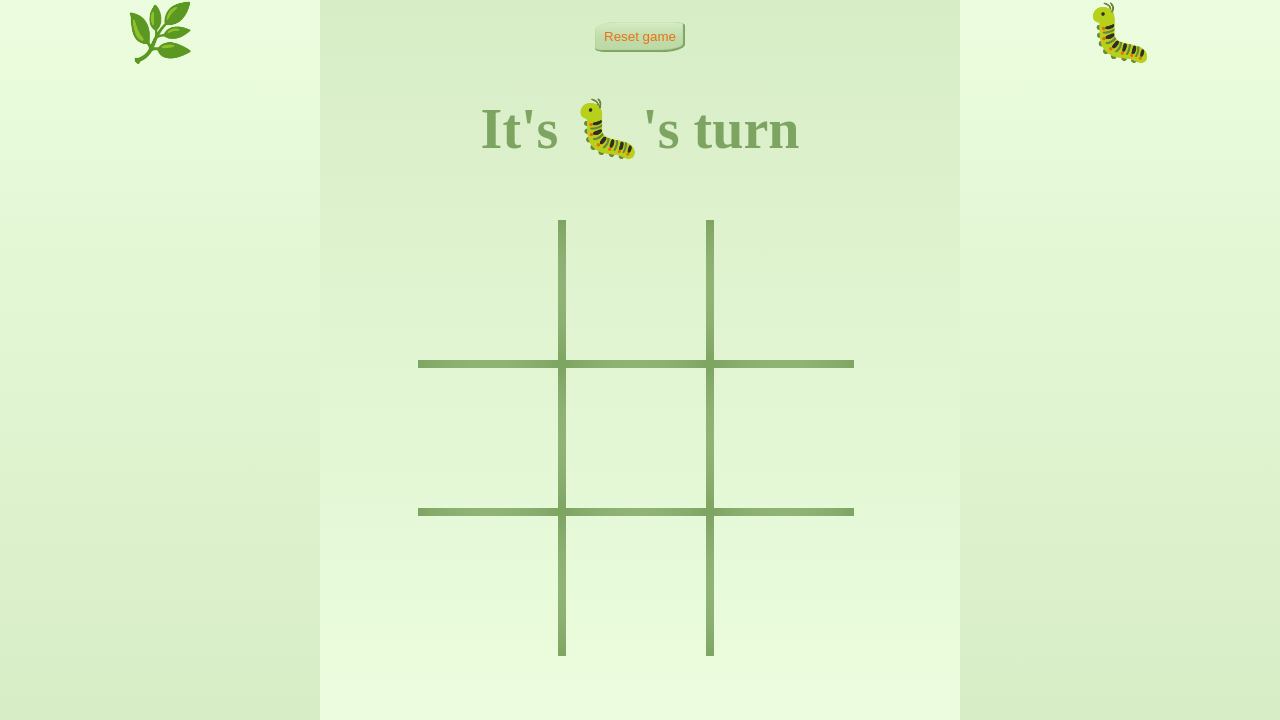
Repository: AsherSpurr/tic-tac-toe
Page: index.html
An editor plug-in stored every save of this project. The page is shown before and after a run of saves, followed by the edit.
The browser window is 1280 px wide. The pictures show the whole page.
Some web fonts or font styles are not loaded; a fallback is used.

Above is the page before, as saved 2024-01-13 18:32:10.

### index.html
<!DOCTYPE html>
<html lang="en">
<head>
    <meta charset="UTF-8">
    <meta name="viewport" content="width=device-width, initial-scale=1.0">
    <link rel="stylesheet" type="text/css" href="styles.css">
    <link rel="preconnect" href="https://fonts.googleapis.com">
    <link rel="preconnect" href="https://fonts.gstatic.com" crossorigin>
    <link href="https://fonts.googleapis.com/css2?family=Bad+Script&family=Poppins:wght@300&display=swap" rel="stylesheet">
    <title>Two player tic tac toe</title>
</head>
<body">
    <section class="column" id="left-column">
        <article class="player-box" id="player1">
            <h3 class="player" id="player1-icon">🌿</h3>
            <h4 class="wins" id="player1-wins"></h4>
        </article>
    </section>
    <section class="game-play">
        <div class="reset-container">
            <button class="reset-button">Reset game</button>
        </div>
        <h1 class="welcome-message">✨Tic Tac Toe✨</h1>
        <h2 class="turns hidden">It's 🐛's turn</h2>
        <section class="gameboard-container">
            <div class="cell" id="cell1"></div>
            <div class="cell" id="cell2"></div>
            <div class="cell" id="cell3"></div>
            <div class="cell" id="cell4"></div>
            <div class="cell" id="cell5"></div>
            <div class="cell" id="cell6"></div>
            <div class="cell" id="cell7"></div>
            <div class="cell" id="cell8"></div>
            <div class="cell" id="cell9"></div>
        </section>
    </section>
    <section class="column" id="right-column">
        <article class="player-box" id="player2">
            <h3 class="player" id="player2-icon">🐛</h3>
            <h4 class="wins" id="player2-wins"></h4>
        </article>
    </section>
</body>
    <script type="text/javascript" src="main.js"></script>
</html>

### styles.css
body {
    height: 100%;
    width: 100%;
    margin: 0;
    font-family: 'Bad Script';
    color: #7ea462;
}

.column {
    background-image: linear-gradient(#ebfdde, #d7edc6);
    height: 100vh;
    width: 25vw;
}

#left-column {
    float: left;
}

#right-column {
    float: right;
}

.game-play {
    background-image: linear-gradient(#d7edc6, #ebfdde);
    height: 100vh;
    width: 50vw;
    float: inline-start;
    display: flex;
    align-items: center;
    flex-direction: column;
    justify-content: space-around;
}

.gameboard-container {
    display: flex;
    flex-wrap: wrap;
    width: 444px;
    height: 366px;
    margin-bottom: 8em;
}

.cell {
    display: flex;
    justify-content: center;
    align-items: center;
    background-color: transparent;
    border-style: solid;
    border-width: 4px;
    border-image: radial-gradient(#bad8a4, #7ea462) 1;
    height: 140px;
    width: 140px;
    font-size: 80px;
}

.player-box {
    display: flex;
    align-items: center;
    flex-direction: column;
    margin: 0;
}

.player {
    font-size: 350%;
    margin: 0;
    margin-bottom: -.70em;
}

.wins {
    font-size: 320%;
    margin: 0;
}

.welcome-message,
.turns {
    font-size: 350%;
    max-height: 20vh;
    margin-top: 5%;
}

.reset-container {
    display: flex;
    align-items: end;
    margin-top: 1em;

}

.reset-button {
    color: #ed7014;
    height: 30px;
    width: 90px;
    border-radius: 25% 10%;
    border: 1px transparent;
    background-image: linear-gradient(0deg, #bad8a4, 70%, #d7edc6);
    box-shadow: inset -1px -1px 1px 1px #7ea462;
}

.cell:nth-child(1) {
    border-top: transparent;
    border-left: transparent;
}


.cell:nth-child(2) {
    border-top: transparent;
}


.cell:nth-child(3) {
    border-top: transparent;
    border-right: transparent;
}


.cell:nth-child(4) {
    border-left: transparent;
}


.cell:nth-child(6) {
    border-right: transparent;
}


.cell:nth-child(7) {
    border-left: transparent;
    border-bottom: transparent;
}


.cell:nth-child(8) {
    border-bottom: transparent;
}


.cell:nth-child(9) {
    border-bottom: transparent;
    border-right: transparent;
}


.hidden {
    display: none;
}

### main.js
var players = [
    {
        name: 'player1',
        icon: '🌿',
        isTurn: false,
        hasWon: false,
        plays: [],
        wins: 0
    },
    {
        name: 'player2',
        icon: '🐛',
        isTurn: true,
        hasWon: false,
        plays: [],
        wins: 0
    }
]

var winningCombos = [
    ['cell1', 'cell2', 'cell3'],
    ['cell4', 'cell5', 'cell6'],
    ['cell7', 'cell8', 'cell9'],
    ['cell1', 'cell4', 'cell7'],
    ['cell2', 'cell5', 'cell8'],
    ['cell3', 'cell6', 'cell9'],
    ['cell1', 'cell5', 'cell9'],
    ['cell3', 'cell5', 'cell7'],
]

var welcomeMessage = document.querySelector('.welcome-message')
var turns = document.querySelector('.turns')
var gameBoard = document.querySelector('.gameboard-container')
var winsPlayer1 = document.getElementById('player1-wins')
var winsPlayer2 = document.getElementById('player2-wins')

window.addEventListener('load', storeWinsLocally)

gameBoard.addEventListener('click', (event) => {
    checkforPlay(event)
});

// renderZeroWins()
// function renderZeroWins() {
//     winsPlayer1.innerText = `${players[0].wins} wins`
//     winsPlayer2.innerText = `${players[1].wins} wins`
// }

setTimeout(replaceDisplayMessage, 1500)

function replaceDisplayMessage() {
    turns.classList.remove('hidden')
    welcomeMessage.classList.add('hidden')
}

function checkforPlay(event) {
    var event = event.target.closest('div')
    for (var i = 0; i < players.length; i++) {
        if (players[0].hasWon === true || players[1].hasWon === true) {
            break
        }
        if (players[i].isTurn === true && event.innerText === '') {
            renderCellIcon(event, players[i])
            trackPlay(event, players[i])
            changeTurn()
            trackWins(players[i])
        }
    }
}

function renderCellIcon(event, player) {
    event.innerText = `${player.icon}`
}

function trackPlay(event, player) {
    player.plays.push(event.id)
}

function changeTurn() {
    for (var i = 0; i < players.length; i++) {
        players[i].isTurn = !players[i].isTurn
        renderTurnIcon()
    }
}

function renderTurnIcon() {
    for (var i = 0; i < players.length; i++) {
        if (players[i].isTurn === true) {
            turns.innerText = `It's ${players[i].icon}'s turn`
        }
    }
}

function trackWins(player) {
    for (var i = 0; i < winningCombos.length; i++) {
        counter = 0;
        for (var j = 0; j < player.plays.length; j++) {
            if (winningCombos[i].includes(player.plays[j])) {
                counter++
            }
            if (counter === 3) {
                player.hasWon = true
                console.log(`line 102: ${player.wins}`)
                player.wins++
                // storeWinsLocally(player)
                renderWinner(player)
                renderWins(player)
                setTimeout(reloadGameboard, 1500)
            }
        }
    }
    isDraw(player)
}

function storeWinsLocally() {
    for(var i = 0; i < players.length; i++) {
        if(players[i].name === 'player1') {
            localStorage.setItem('win0', players[i].wins)
        }
        else {
            localStorage.setItem('wins1', players[i].wins)
        }
    }
    refreshWins()
}

function refreshWins() {
    var wins0 = parseInt(localStorage.getItem('wins0'))
    var wins1 = parseInt(localStorage.getItem('wins1'))

    players[0].wins = wins0
    players[1].wins = wins1

}

function isDraw(player) {
    if (player.plays.length === 5 && !player.hasWon) {
        declareDraw()
        setTimeout(reloadGameboard, 1500)
    }
}

function renderWinner(player) {
    turns.innerText = `${player.icon} won!`
}

function declareDraw() {
    turns.innerText = `Draw!`
}

function reloadGameboard() {
    for (var i = 0; i < players.length; i++) {
        if (players[i].hasWon === true || players[i].plays.length === 5) {
            for (var child of gameBoard.children) {
                child.innerText = ""
            }
            resetInitialValues()
            renderTurnIcon()
        }

    }
}

function resetInitialValues() {
    for (var i = 0; i < players.length; i++) {
        players[i].hasWon = false
        players[i].plays.splice(0, players[i].plays.length)
    }
}

function renderWins(player) {
    var win = player.wins
    if (player.name === 'player1') {
        winsPlayer1.innerText = `${win} wins`
    }
    else {
        winsPlayer2.innerText = `${win} wins`
    }
}

After the next 8 saves:
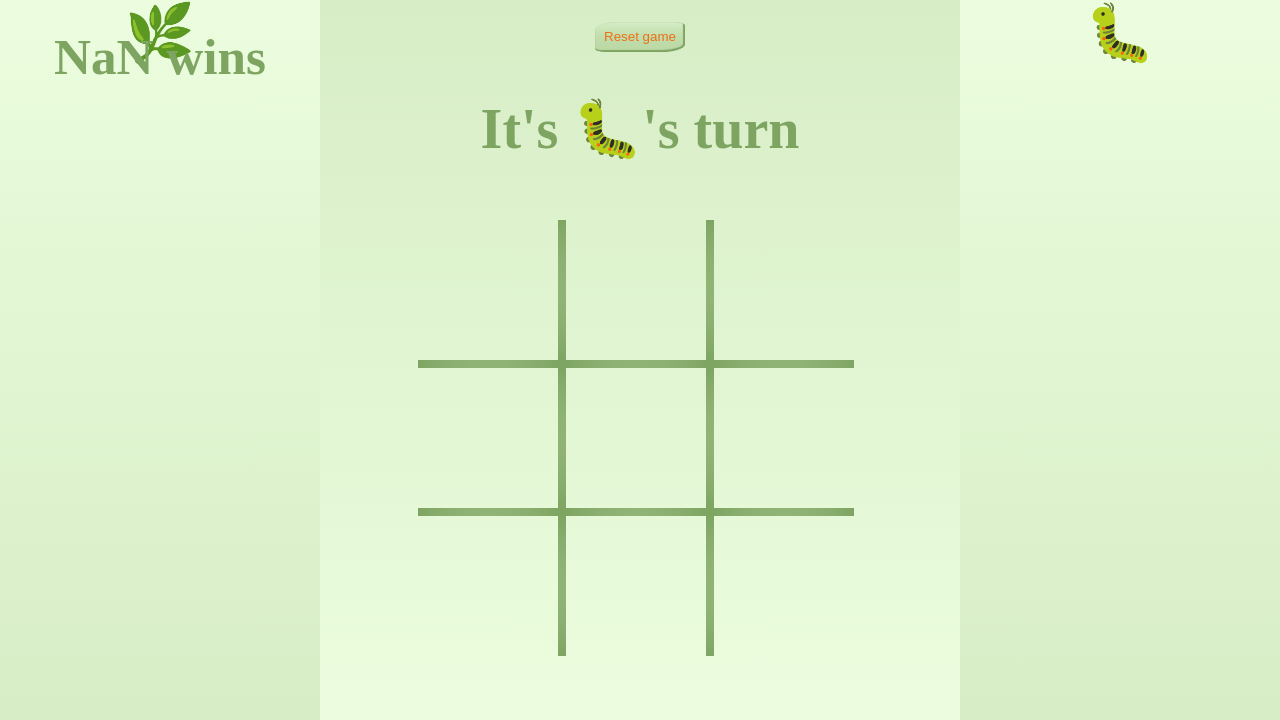
Console error: TypeError: Cannot read properties of undefined (reading 'wins')
The 8 saves are shown as one change because they came seconds apart.
The last was saved 20 s later.
--- a/main.js
+++ b/main.js
@@ -131,6 +131,8 @@
     players[0].wins = wins0
     players[1].wins = wins1
 
+    renderWins(players[0])
+    renderWins()
 }
 
 function isDraw(player) {

After the 2 saves that followed:
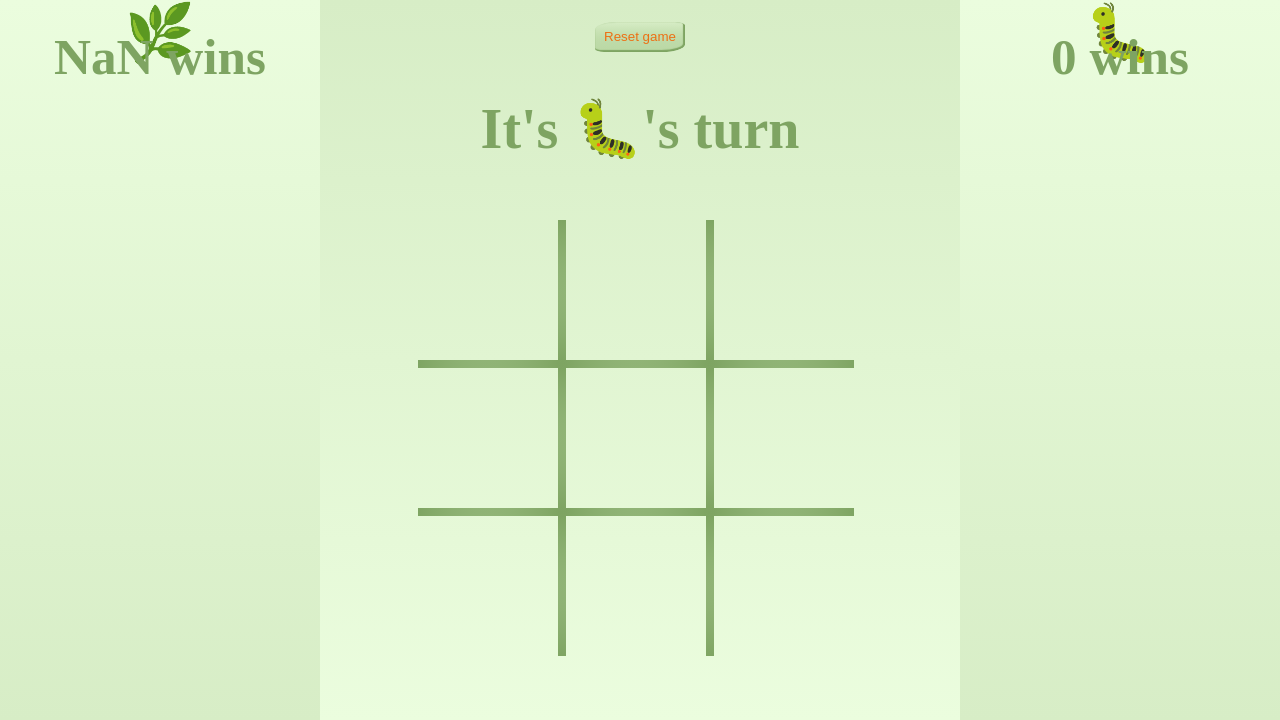
The error is gone.
The 2 saves are shown as one change because they came seconds apart.
The last was saved 5 s later.
--- a/main.js
+++ b/main.js
@@ -132,7 +132,7 @@
     players[1].wins = wins1
 
     renderWins(players[0])
-    renderWins()
+    renderWins(players[1])
 }
 
 function isDraw(player) {
